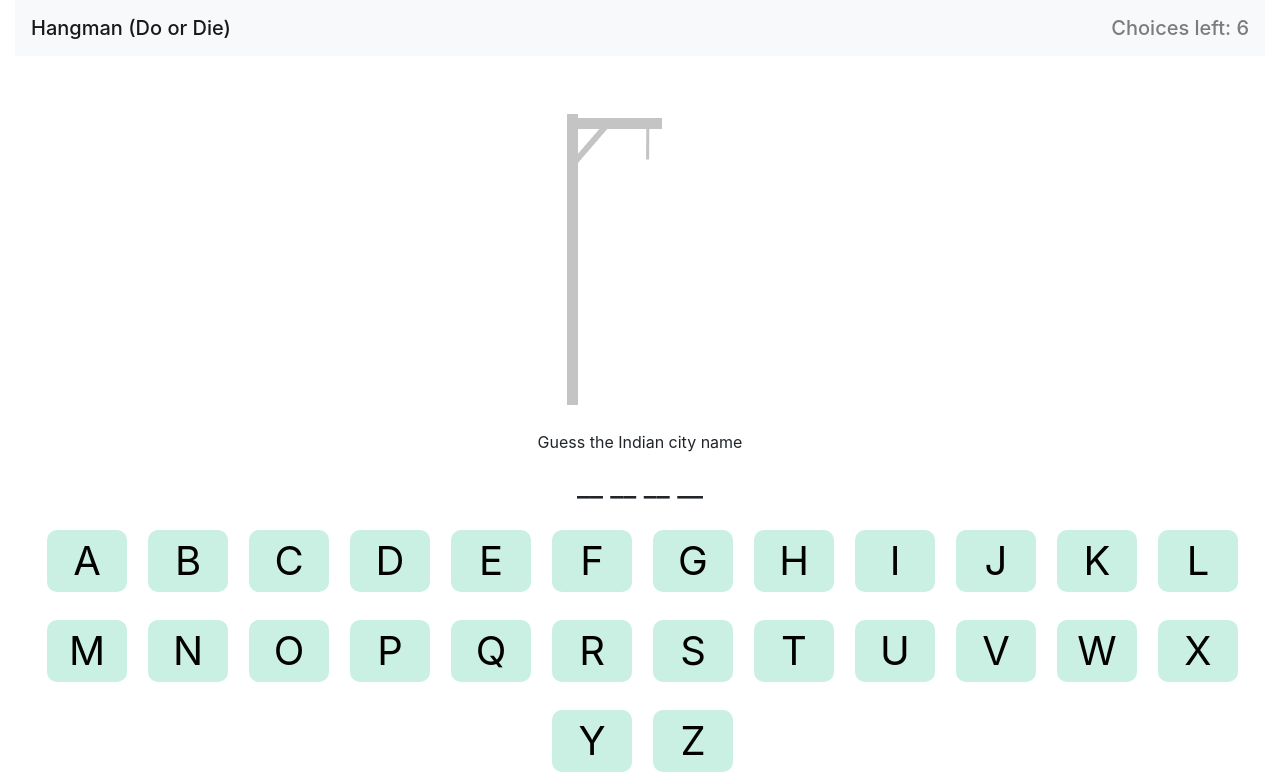
Repository: jatinhchanchlani/hangman
Page: /
These files come from the project's save history. The page is drawn as it stood at one moment and after the next save; the edit follows.
The browser window is 1280 px wide. The pictures show the whole page.
The project was rebuilt for these pictures with package versions that can differ from the ones it lists, and the page was loaded fresh each time. Also part of the build but not shown: src/App.css, src/components/playAgain.jsx.

Above is the page before, as saved 2020-10-25 21:09:05.

### src/index.js
import React from 'react';
import ReactDOM from 'react-dom';
import './index.css';
import App from './App';
import * as serviceWorker from './serviceWorker';
import 'bootstrap/dist/css/bootstrap.css';

ReactDOM.render( <
  React.StrictMode >
  <
  App / >
  <
  /React.StrictMode>,
  document.getElementById('root')
);

// If you want your app to work offline and load faster, you can change
// unregister() to register() below. Note this comes with some pitfalls.
// Learn more about service workers: https://bit.ly/CRA-PWA
serviceWorker.unregister();

### src/App.js
import React from 'react';
import './App.css';
import Game from './components/game';

function App() {
  return ( <
    Game / >
  );
}

export default App;

### src/components/game.jsx
import React, { Component } from "react";
import Header from "./header";
import PlayAgain from "./playAgain";
import { getOutputCharacters } from "../model/cities";
import OutputCharacters from "./outputCharacters";
import Hangman from "./image";
import InputCharacters from "./inputCharacters";

const MAX_CHOICES = 6;

class Game extends Component {
  state = {
    maxChoices: MAX_CHOICES,
    choicesLeft: MAX_CHOICES,
    outputCharacters: getOutputCharacters(),
    inputCharacters: this.getAllLetters(),
  };

  render() {
    return (
      <div className="container-fluid">
        <Header choicesLeft={this.state.choicesLeft} />

        <div className="text-center">
          <Hangman
            choicesLeft={this.state.choicesLeft}
            maxChoices={this.state.maxChoices}
          />
        </div>

        <div className="text-center">
          <OutputCharacters
            characters={this.state.outputCharacters}
            gameLost={this.gameLost()}
          />
        </div>

        <div className="text-center">
          <InputCharacters
            characters={this.state.inputCharacters}
            onClick={(character) => this.handleInputCharacterClicked(character)}
            gameWon={this.gameWon()}
            gameLost={this.gameLost()}
          />

          <PlayAgain
            gameWon={this.gameWon()}
            gameLost={this.gameLost()}
            onClick={() => this.handleReset()}
          />
        </div>
      </div>
    );
  }

  handleInputCharacterClicked(character) {
    if (character.canClick) {
      const { outputCharacters, inputCharacters, choicesLeft } = this.state;
      outputCharacters
        .filter((c) => c.value.toUpperCase() === character.value)
        .map((c) => (c.guessed = true));

      const letterMatch = outputCharacters.some(
        (c) => c.value.toUpperCase() === character.value
      );

      const choices = letterMatch ? choicesLeft : choicesLeft - 1;

      const l = inputCharacters.indexOf(character);
      inputCharacters[l].canClick = false;
      this.setState({
        choicesLeft: choices,
        inputCharacters: inputCharacters,
        outputCharacters: outputCharacters,
      });
    }
  }

  gameWon() {
    return this.state.outputCharacters.every((c) => c.guessed === true);
  }

  gameLost() {
    return this.state.choicesLeft === 0;
  }

  handleReset() {
    this.setState({
      maxChoices: MAX_CHOICES,
      choicesLeft: MAX_CHOICES,
      outputCharacters: getOutputCharacters(),
      inputCharacters: this.getAllLetters(),
    });
  }

  getAllLetters() {
    return Array(26)
      .fill()
      .map((_, index) => String.fromCharCode("A".charCodeAt(0) + index))
      .map((char) => ({ value: char, canClick: true }));
  }
}

export default Game;

### src/components/header.jsx
import React, { Component } from "react";

class Header extends Component {
  render() {
    return (
      <nav className="navbar navbar-light bg-light d-flex flex-column flex-sm-row">
        <span className="navbar-brand mb-0 h1">Hangman (Do or Die)</span>
        <span className="mb-0 h5 navbar-text nav-item">
          Choices left: {this.props.choicesLeft}
        </span>
      </nav>
    );
  }
}

export default Header;

### src/model/cities.js
const MIN = 0;
const MAX = 24;

const cities = {
    0: "Mumbai",
    1: "New Delhi",
    2: "Chennai",
    3: "Hyderabad",
    4: "Bengaluru",
    5: "Ahmedabad",
    6: "Jaipur",
    7: "Kolkata",
    8: "Lucknow",
    9: "Bhopal",
    10: "Chandigarh",
    11: "Patna",
    12: "Jabalpur",
    13: "Pune",
    14: "Surat",
    15: "Indore",
    16: "Kanpur",
    17: "Visakhapatnam",
    18: "Agra",
    19: "Varanasi",
    20: "Amritsar",
    21: "Udaipur",
    22: "Noida",
    23: "Ludhiana",
    24: "Gwalior",
}

// Returns a random number between min and max. Min and max are both inclusive
export function getRandomIntInclusive(min, max) {
    min = Math.ceil(min);
    max = Math.floor(max);
    return Math.floor(Math.random() * (max - min + 1) + min);
}

export function getOutputCharacters() {
    const city = cities[getRandomIntInclusive(MIN, MAX)];
    return [...city].map(c => ({
        value: c,
        guessed: false
    }));
}

### src/components/outputCharacters.jsx
import React, { Component } from "react";

class OutputCharacters extends Component {
  render() {
    const { characters, gameLost } = this.props;
    console.log(characters);
    return (
      <React.Fragment>
        <br />
        <p>Guess the Indian city name</p>
        <h3>{characters.map((c) => this.getCharacter(c, gameLost))}</h3>
      </React.Fragment>
    );
  }

  getCharacter(character, gameLost) {
    const emptySpace = "        ";
    if (character.value === " ") {
      return emptySpace;
    } else {
      if (character.guessed || gameLost) {
        return character.value.toUpperCase() + emptySpace;
      } else {
        return "__" + emptySpace;
      }
    }
  }
}

export default OutputCharacters;

### src/components/image.jsx
import React, { Component } from "react";

class Image extends Component {
  render() {
    const { choicesLeft, maxChoices } = this.props;
    const imagePath = maxChoices - choicesLeft + ".jpg";
    return <img src={require("../images/" + imagePath)} alt={imagePath} />;
  }
}

export default Image;

### src/components/inputCharacters.jsx
import React, { Component } from "react";
import "../css/letters.css";

class InputCharacters extends Component {
  render() {
    const { characters, gameWon, gameLost } = this.props;
    console.log(gameWon);
    if (gameWon || gameLost) {
      return null;
    } else {
      return characters.map((character) => (
        <button
          key={character.value}
          className="letter-button"
          style={{ backgroundColor: this.getBackground(character) }}
          onClick={() => this.props.onClick(character)}
        >
          {character.value}
        </button>
      ));
    }
  }

  getBackground(character) {
    if (character.canClick) {
      return "#c9f0e2";
    } else {
      return "Red";
    }
  }
}

export default InputCharacters;

### src/css/letters.css
.letter-button {
    border: none;
    font-family: inherit;
    font-size: 2.5rem;
    cursor: pointer;
    width: 5rem;
    margin: 18px 8px 10px 13px;
    letter-spacing: 0;
    outline: none !important;
    color: #000;
    border-radius: 10px;
}

.letter-button:hover {
    box-shadow: 0 12px 16px 0 rgba(0, 0, 0, 0.24), 0 17px 50px 0 rgba(0, 0, 0, 0.19);
}

Loaded but not shown: public/index.html (common file); src/index.css (common file); src/serviceWorker.js (common file)

After the next save:
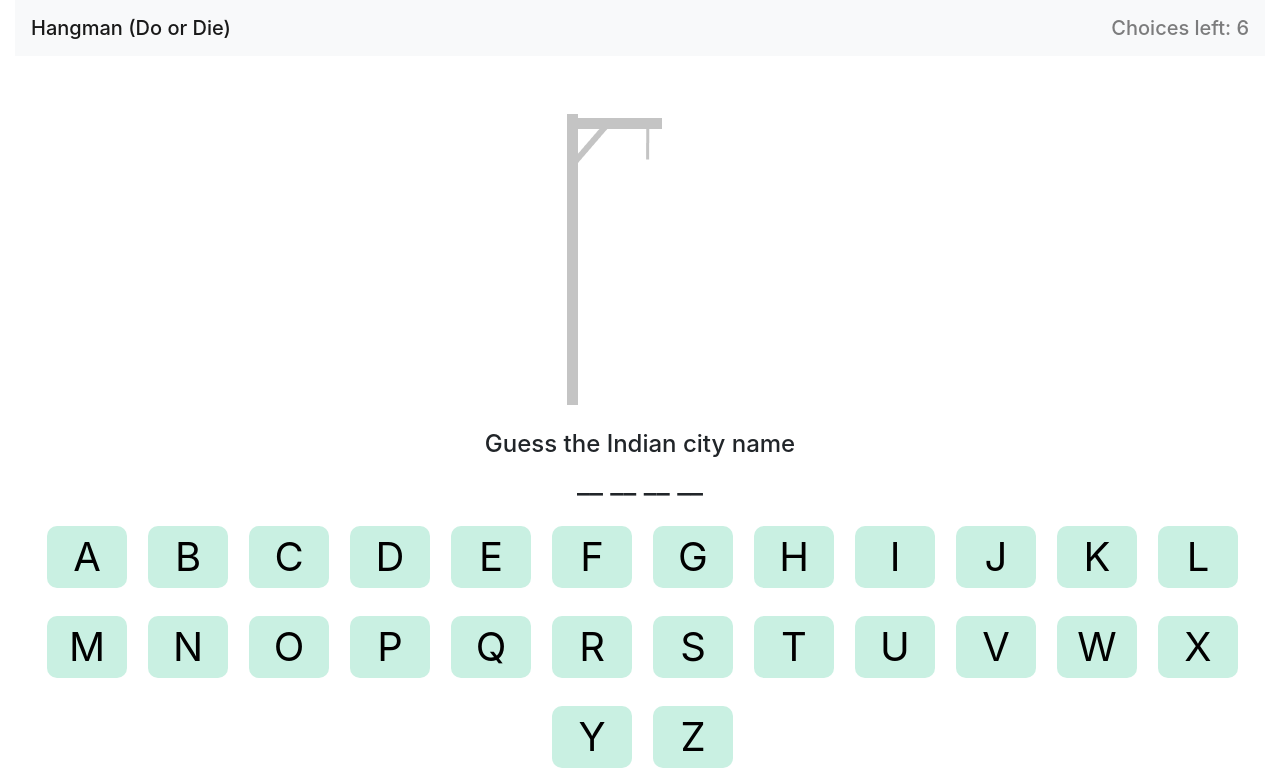
Saved 14 s later.
--- a/src/components/outputCharacters.jsx
+++ b/src/components/outputCharacters.jsx
@@ -7,7 +7,7 @@ class OutputCharacters extends Component {
     return (
       <React.Fragment>
         <br />
-        <p>Guess the Indian city name</p>
+        <h4>Guess the Indian city name</h4>
         <h3>{characters.map((c) => this.getCharacter(c, gameLost))}</h3>
       </React.Fragment>
     );
